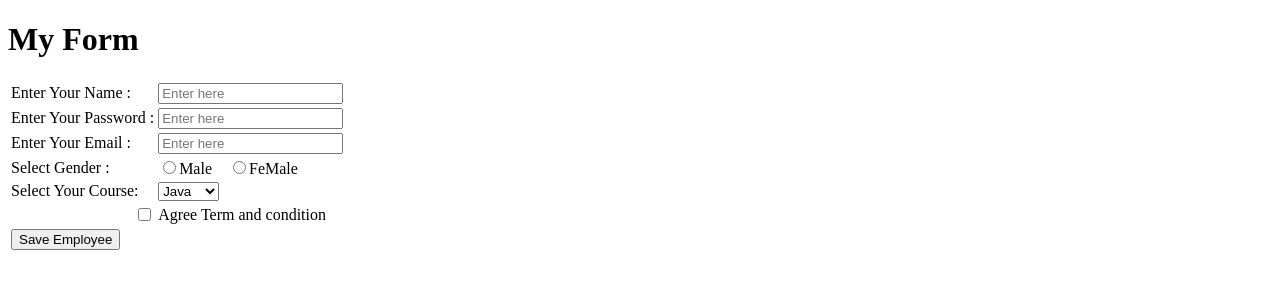
Repository: Kamleshmaury/CoreJava
Page: RegistrationForm/src/main/webapp/index.html
An editor plug-in stored every save of this project. The page is shown before and after the next save, followed by the edit.
The browser window is 1280 px wide. The pictures show the whole page.

Above is the page before, as saved 2022-10-18 09:01:53.

### RegistrationForm/src/main/webapp/index.html
<!DOCTYPE html>
<html>
<head>
<meta charset="UTF-8">
<title>Registration Form</title>
</head>
<body>
	<div class="container">
		<h1>My Form</h1>
		<form action="RegistrationServlet" method="post">
			<table>
				<tr>
					<td>Enter Your Name : </td>
					<td> <input type ="text" name="name" placeholder="Enter here"></td>
				</tr>
				<tr>
					<td>Enter Your Password : </td>
					<td> <input type ="password" name="password" placeholder="Enter here"></td>
				</tr>
				<tr>
					<td>Enter Your Email : </td>
					<td> <input type ="email" name="email" placeholder="Enter here"></td>
				</tr>
				<tr>
					<td>Select Gender : </td>
					<td><input type="radio" name="gender" value="male">Male &nbsp; &nbsp;<input type="radio" name="gender" value="female">FeMale </td>
				</tr>

				<tr>
					<td>Select Your Course:</td>
					<td>
						<select name="course">
							<option value="java">Java</option>
							<option value="c++">C++</option>
							<option value="Spring">Spring</option>
							<option value="Mysql">MySql</option>
						</select>
					</td>
				</tr>

				<tr>
					<td style="text-align:right">
						<input type="checkbox" value="checked" name="condition"/>
					</td>
					<td>Agree Term and condition</td>
				</tr>
			<tr><td colspan="2"><input type="submit" value="Save Employee"/></td></tr>
			</table>

		</form>
	</div>
</body>
</html>

After the next save:
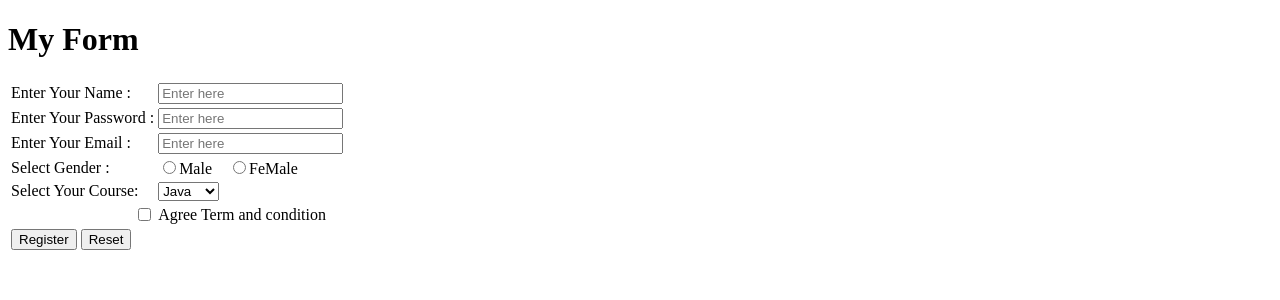
Saved 2 min 23 s later.
--- a/RegistrationForm/src/main/webapp/index.html
+++ b/RegistrationForm/src/main/webapp/index.html
@@ -44,7 +44,12 @@
 					</td>
 					<td>Agree Term and condition</td>
 				</tr>
-			<tr><td colspan="2"><input type="submit" value="Save Employee"/></td></tr>
+				<tr>
+					<td>
+						<button type="submit">Register </button>
+					 	<button type="reset">Reset </button>
+					 </td>
+				</tr>
 			</table>
 
 		</form>
